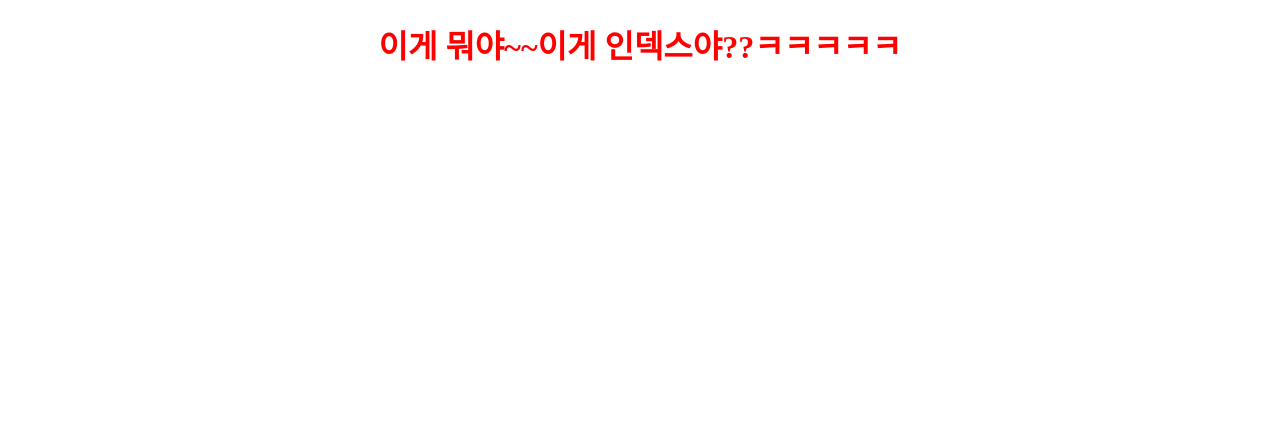
Repository: yoonja486/0922_Webapp
Page: MyFirstWebProject/src/main/webapp/index.html
The author's editor kept a copy of each file at every save. The page is drawn from the files as they stood at one save, then again after the next save.
The browser window is 1280 px wide. The pictures show the whole page.

Above is the page before, as saved 2025-09-22 07:23:01.

### MyFirstWebProject/src/main/webapp/index.html
<!DOCTYPE html>
<html>
<head>
<meta charset="UTF-8">
<title>안녕하세요 인 덱스입니다~~</title>
<style>
	h1 {
		color : red;
		text-align : center;
	}
</style>

</head>
<body>

	<!--
		1) 새로운 워크스페이스를 만들어서 이클립스로 열기

		2) 작업 환경 구성
			2_1) 보여질 U.I를 구성

			2_2) 서버 실행환경 구성[Window - Preferences]
			(Server - Runtime Environments)
			이클립스 상에서 서버를 실행할 수 있도록 실행환경을 연동하는 과정
			Add버튼 클릭 -> 설치한 ApacheTomcat과 동일한 버전 선택 -> Next 버튼 클릭
			-> Browse버튼 클릭 -> 설치한 톰캣 폴더 선택 -> Finish버튼 클릭

		3) 서버 생성하기
			3_1) [Servers] - [New] - [Server]

			3_2) 창에 기본적으로 2_2에서 세팅해놓은 Runtime이 잡혀 있을 것

			3_3) Finish버튼 클릭

			3_4) 서버 세팅하기(만들어진 서버 더블클릭)
				3_4_1) 왼쪽하단에 ServerOption탭에 Serve Module Publishing 체크
				=> file upload / download 결로 지정이 운영체제 상 숨김폴더로 지정

				3_4_2) 포트번호를 바꿔야한다면 재설정 => 작업이 끝나면 반드시 저장

		4) Dynamic Web Project만들기 [Project Explorer - new]
			4_1) 프로젝트명 신중하게 만들기 - Next

			4_2) default output folder 경로 재설정 :
				src/main/webapp/WEB_INF/classes
			=> classes라는 폴더 안에 컴파일이 끝난 .class파일이 들어감
			WEB-INF안에 만들어두지 않으면 외부에서 접근이 가능하기 때문에 보안상 위험함

			4_3) Context root : 애플리케이션만의 고유한 이름으로 지어줄 것(기본값 : 프로젝트명)
			재정의해서 쓰는 것이 보편적이고 실제로 자주 바뀔 수 있음
			=> 하나의 서버로 여러 개의 애플리케이션을 구동할 수 있음
			고유한 이름을 통해 애플리케이션에 접근하는 경로 사용할 수 있음

			Content Directory : 실제로 배포되는 폴더(서버에 올라가는 폴더)의 최상위 폴더명!
			=> 변경 시 default output folder로 돌아가서 그쪽도 변경해야함

			Generate web.xml deployment descriptor : 기본적으로는 체크가 안돼있음
			=> web.xml에는 애플리케이션 전체 정보가 들어있음(메인페이지 지정)
			굳이 바꿀 일 없어~하면 안만들어도 무방
			혹시나 수정을 할 수도 있고 공부를 해야하니깐 꼭 만들자!

			Finish 버튼 클릭

		5) 새로만들어진 Project 확인하기
			5_1) src - main - webapp - WEB-INF - classes 폴더 잘 있나

			5_2) src - main - webapp - WEB-INF - web.xml 잘있나

			5_3) src - main - webapp - index.html 파일 만들기

		6) 생성해놓은 Server에 올리기

			[Server] -> Server 오른쪽 클릭 -> Add and Remove -> 왼쪽에서 선택 후 클릭
			-> Finish

		7) 서버 실행 잘 되는지 확인했으면 브라우저 켜서 URL요청 보내서 index 파일 잘 나오나 확인

	-->

	<h1>이게 뭐야~~이게 인덱스야??ㅋㅋㅋㅋㅋ</h1>

</body>
</html>

After the next save:
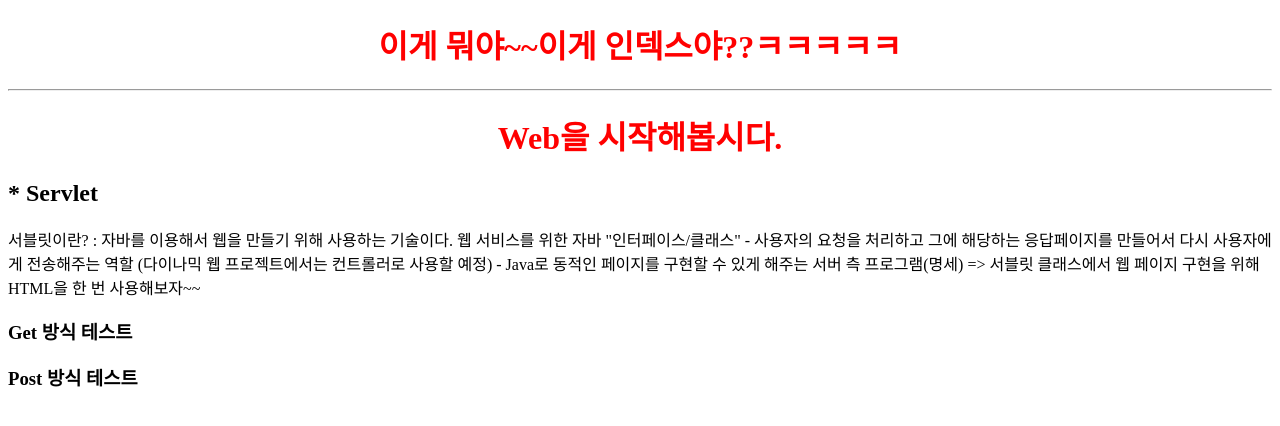
Saved 3 s later.
--- a/MyFirstWebProject/src/main/webapp/index.html
+++ b/MyFirstWebProject/src/main/webapp/index.html
@@ -79,5 +79,43 @@
 
 	<h1>이게 뭐야~~이게 인덱스야??ㅋㅋㅋㅋㅋ</h1>
 
+	<hr>
+
+	<h1>Web을 시작해봅시다.</h1>
+
+	<h2> * Servlet</h2>
+
+	<p>
+		서블릿이란?
+		: 자바를 이용해서 웹을 만들기 위해 사용하는 기술이다.
+		웹 서비스를 위한 자바 "인터페이스/클래스"
+
+		- 사용자의 요청을 처리하고 그에 해당하는 응답페이지를 만들어서 다시 사용자에게 전송해주는 역할
+		  (다이나믹 웹 프로젝트에서는 컨트롤러로 사용할 예정)
+		- Java로 동적인 페이지를 구현할 수 있게 해주는 서버 측 프로그램(명세)
+
+		=> 서블릿 클래스에서 웹 페이지 구현을 위해 HTML을 한 번 사용해보자~~
+	</p>
+
+	<h3><a>Get 방식 테스트</a></h3>
+
+
+
+
+	<h3><a>Post 방식 테스트</a></h3>
+
+
+
+
+
+
+
+
+
+
+
+
+
+
 </body>
 </html>
